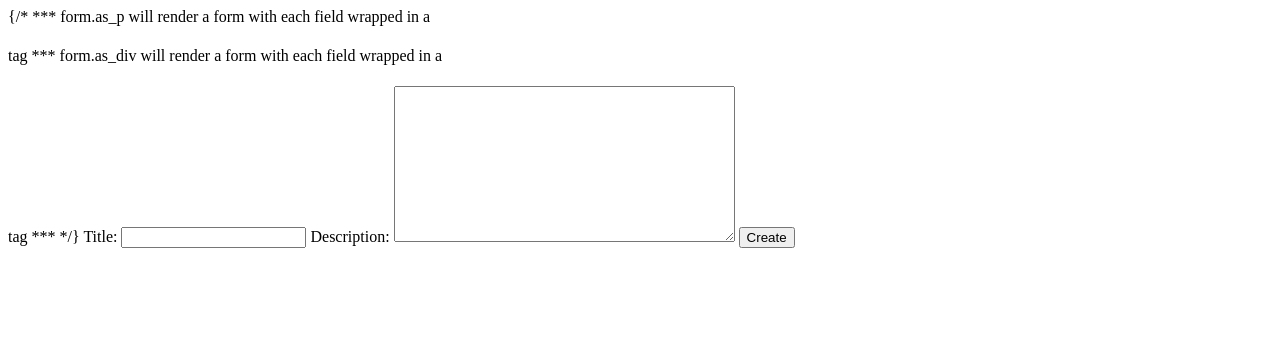
Repository: JasonMorta/Django-todo-crud-app
Page: http://localhost/create/
An editor plug-in stored every save of this project. The page is shown before and after the next save, followed by the edit.
The browser window is 1280 px wide. The pictures show the whole page.
The page is served by the project's application, run on Django 4.2 (manage.py).

Above is the page before, as saved 2023-06-20 20:35:18.

After the next save:
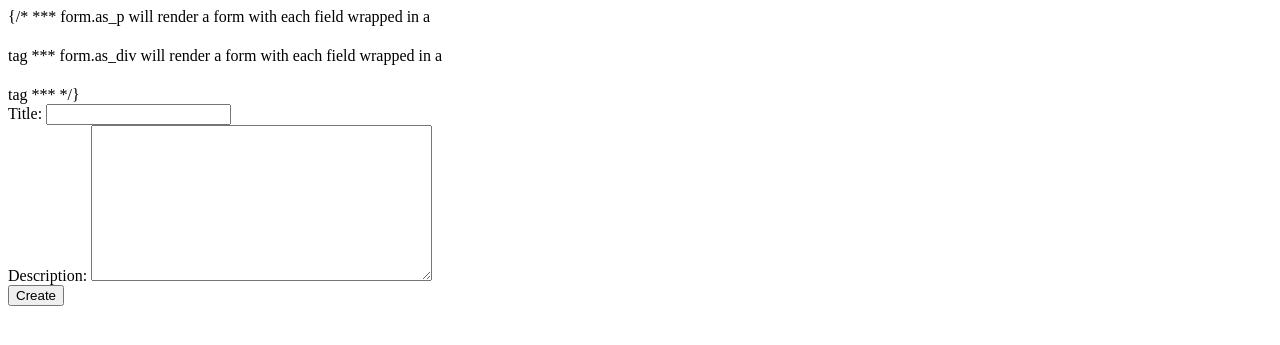
Saved 8 s later.
--- a/todo_list/todo_app/templates/todo_app/todo_create.html
+++ b/todo_list/todo_app/templates/todo_app/todo_create.html
@@ -22,7 +22,7 @@
    *** form.as_div will render a form with each field wrapped in a <div> tag
    ***
    */}
-    {{ form }}
+    {{ form.as_div }}
     <button type="submit">Create</button>
   </form>
 
